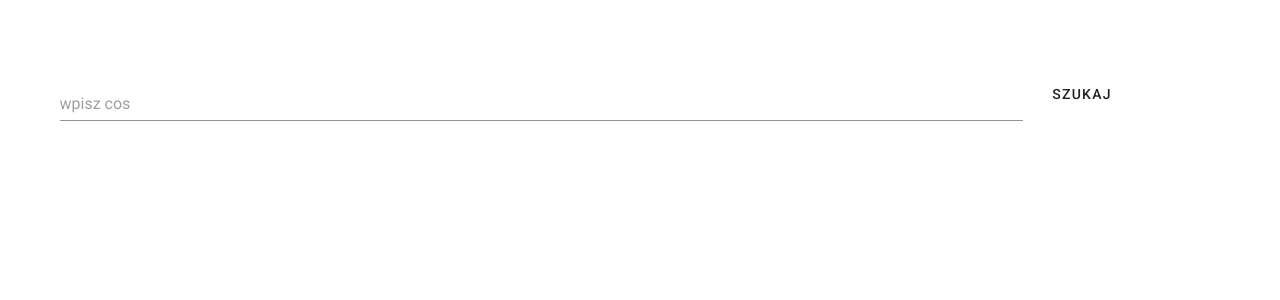
Repository: kq333/wyszukiwarka-filmow-seriali
Page: / (app in searchapp/)
The author's editor kept a copy of each file at every save. The page is drawn from the files as they stood at one save, then again after the next save.
The browser window is 1280 px wide. The pictures show the whole page.
The project was rebuilt for these pictures with package versions that can differ from the ones it lists, and the page was loaded fresh each time. Also part of the build but not shown: searchapp/vue.config.js, searchapp/src/views/Home.vue.

Above is the page before, as saved 2021-02-18 01:25:43.

After the next save:
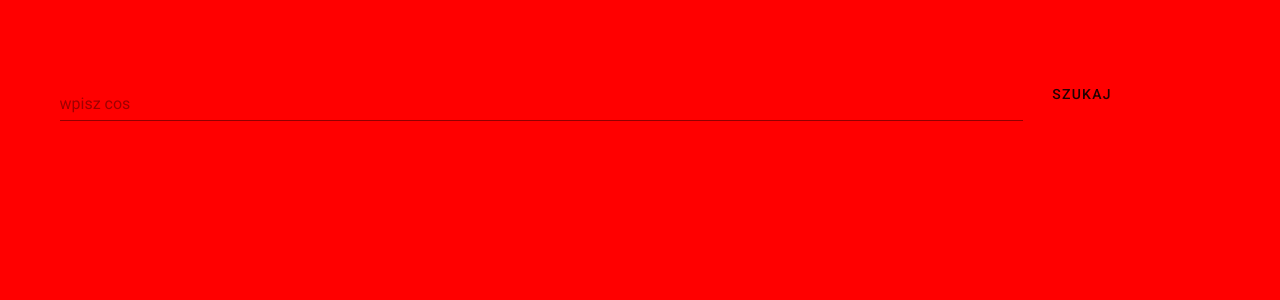
Saved 48 s later.
--- a/searchapp/src/App.vue
+++ b/searchapp/src/App.vue
@@ -1,5 +1,5 @@
 <template>
-  <v-app>
+  <v-app id="demo">
 
 
     <v-main>
@@ -26,7 +26,7 @@ export default {
 
 <style>
 
-body{
+#demo{
   background-color:red;
 }
 
